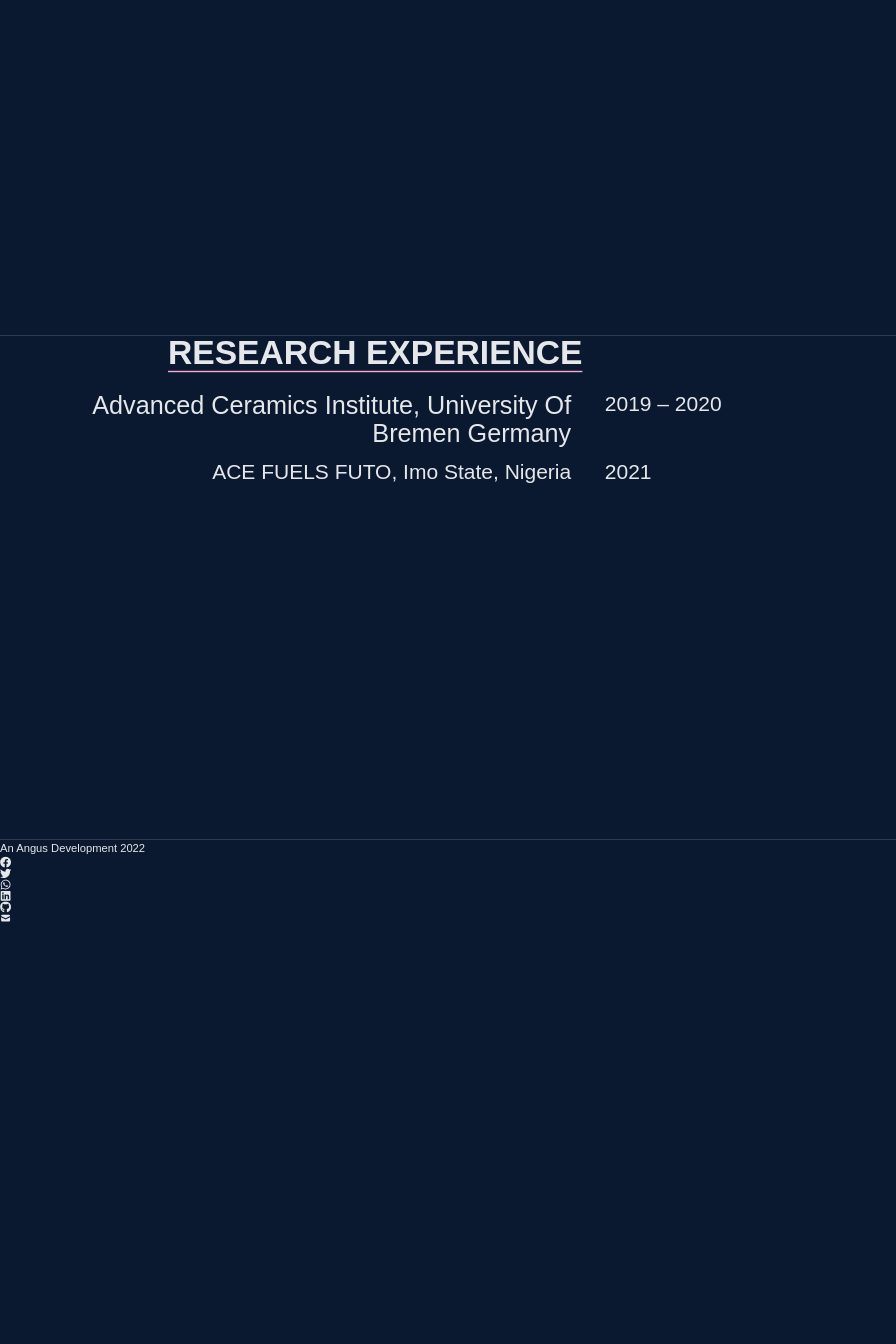
Repository: AngusOnyebuchi/AngusOnyebuchi.github.io
Page: /
The author's editor kept a copy of each file at every save. The page is drawn from the files as they stood at one save, then again after the next save.
The browser window is 1280 px wide. The pictures show the part of the page from y = 1054 to 2974 px (the page is 2974 px tall), at 70% of full size.
The project was rebuilt for these pictures with package versions that can differ from the ones it lists, and the page was loaded fresh each time.

Above is the page before, as saved 2022-04-17 20:40:04.

### public/index.html
<!DOCTYPE html>
<html lang="en">
  <head>
    <meta charset="utf-8" />
    <link rel="icon" href="%PUBLIC_URL%/favicon.ico" />
    <meta name="viewport" content="width=device-width, initial-scale=1" />
    <meta name="theme-color" content="#000000" />
    <meta
      name="description"
      content="Web site created using create-react-app"
    />
    <link rel="apple-touch-icon" href="%PUBLIC_URL%/logo192.png" />
    <!--
      manifest.json provides metadata used when your web app is installed on a
      user's mobile device or desktop. See https://developers.google.com/web/fundamentals/web-app-manifest/
    -->
    <link rel="manifest" href="%PUBLIC_URL%/manifest.json" />
    <!--
      Notice the use of %PUBLIC_URL% in the tags above.
      It will be replaced with the URL of the `public` folder during the build.
      Only files inside the `public` folder can be referenced from the HTML.

      Unlike "/favicon.ico" or "favicon.ico", "%PUBLIC_URL%/favicon.ico" will
      work correctly both with client-side routing and a non-root public URL.
      Learn how to configure a non-root public URL by running `npm run build`.
    -->
    <title>Angus CV </title>
  </head>
  <body>
    <noscript>You need to enable JavaScript to run this app.</noscript>
    <div id="root"></div>
    <!--
      This HTML file is a template.
      If you open it directly in the browser, you will see an empty page.

      You can add webfonts, meta tags, or analytics to this file.
      The build step will place the bundled scripts into the <body> tag.

      To begin the development, run `npm start` or `yarn start`.
      To create a production bundle, use `npm run build` or `yarn build`.
    -->
  </body>
</html>

### src/index.js
import React from "react";
import ReactDOM from "react-dom";
import "./style.css"
import App from "./App";

ReactDOM.render(<App/>, document.getElementById("root"))

### src/style.css
@tailwind base;
@tailwind components;
@tailwind utilities;

@layer base {
    body{
        @apply font-[Sans-serif];
    }
    li {
        @apply px-4;
        @apply cursor-pointer;
    }
}

### src/App.js
import React from "react";
import Home from "./components/Home"
import Education from "./components/Education";
import Experience from "./components/Experience";
import NavBar from "./components/NavBar";
import Contact from "./components/Contact";


export default function App() {
  return (
    <div>
      <NavBar/>
      <Home/>
      <Education/>
      <Experience/>
      <Contact/>
    </div>
  )
}

### src/components/Home.js
import React from "react";
import {FaWhatsapp, FaLocationArrow, FaSearchLocation} from "react-icons/fa"
import {HiOutlineMail} from "react-icons/hi"

export default function Home() {
    return (
        <div className="w-full h-screen p-4 bg-[#0a192f] text-gray-200">
            <h1 className="text-4xl md:text-6xl font-bold uppercase pt-24 text-center text-gray-50">Maduabuchi Angus Modum</h1>
            <h3 className="text-xl md:text-3xl font-bold uppercase pt-8 text-center">Chemist  |  Frontend Developer  |  Graphics Designer</h3>
            <p className="font-bold text-center justify-center text-lg md:text-xl max-w-[1200px] mx-12 mt-4">I strive to be the best, obtain hands-on-deck skills,
                to work tirelessly towards the growth, development and success of the organization and to make sure my impact
                as a professional is felt positively in the day to day activities of the organization.</p>

        </div>
    )
}

### src/components/Education.js
import React from "react";

export default function Education() {
    return(
        <div className="bg-[#0a192f] w-full h-screen text-gray-200">
            <h1 className="text-3xl md:text-5xl font-bold uppercase pt-24 text-center text-gray-200 inline border-b-2 border-pink-300 ml-24 sm:ml-64">Education</h1>
            <div className="grid grid-cols-3 gap-12 mx-16 pt-8 ">
                <h3 className="capitalize text-xl md:text-4xl text-right col-span-2">Federal university of technology owerri, Imo state</h3>
                <h4 className="text-lg md:text-3xl ">2015 – 2021</h4>
            </div>
            <div className="grid grid-cols-3 gap-12 mx-16 pt-4">
                <h3 className="capitalize text-xl md:text-4xl text-right col-span-2">Bachelor of Science (BSc.) in Chemistry</h3>
                <h4 className="text-lg md:text-3xl ">First Class (Honours)</h4>
            </div>
        </div>
    )
}

### src/components/Experience.js
import React from "react";

export default function Experience() {
    return(
        <div className="bg-[#0a192f] w-full h-screen text-gray-200">
            <h1 className="text-3xl md:text-5xl font-bold uppercase pt-24 text-center text-gray-200 inline border-b-2 border-pink-300 ml-12 sm:ml-60">research experience</h1>
            <div className="grid grid-cols-3 gap-12 mx-16 pt-8 ">
                <h3 className="capitalize text-xl md:text-4xl text-right col-span-2">Advanced Ceramics Institute, University of Bremen Germany</h3>
                <h4 className="text-lg md:text-3xl ">2019 – 2020</h4>
            </div>
            <div className="grid grid-cols-3 gap-12 mx-16 pt-4">
                <h3 className="capitalize text-xl md:text-3xl text-right col-span-2">ACE FUELS FUTO, Imo state, Nigeria</h3>
                <h4 className="text-lg md:text-3xl ">2021</h4>
            </div>
        </div>
    )
}

### src/components/NavBar.js
import React, {useState} from "react";
import {FaTimes, FaBars} from "react-icons/fa"

export default function NavBar() {

    const [nav, setNav] = useState(true)
    const toggle = () => setNav(!nav)

    return(
        <div className="bg-[#0a192f] text-white w-full p-8 flex justify-between items-center border-b-2 border-pink-300">
            <h1 className="uppercase text-lg">Angus CV</h1>

            <ul className=" hidden sm:flex justify-between">
                <li className="hover:border-b-2 border-pink-300 ">Home</li>
                <li className="hover:border-b-2 border-pink-300 ">Education</li>
                <li className="hover:border-b-2 border-pink-300 ">Experience</li>
                <li className="hover:border-b-2 border-pink-300 ">Footer</li>
            </ul>

            {/** Mobile list */}
            <div onClick={toggle} className="sm:hidden z-10">
                {nav ? <FaBars/> : <FaTimes/>}
            </div>
            <ul className={nav ? 'hidden' : 'absolute top-0 left-0 w-full h-screen bg-inherit flex flex-col justify-center items-center my-8 sm:hidden'}>
                    <li>Home</li>
                    <li>Education</li>
                    <li>Experience</li>
                    <li>Footer</li>
            </ul>
        </div>
    )
}

### src/components/Contact.js
import React from "react";
import {FaWhatsapp, FaLinkedin, FaTwitter, FaFacebook, FaGithub} from "react-icons/fa"
import {HiMail} from "react-icons/hi"

export default function Contact() {
    return(
        <div className="bg-[#0a192f] w-full h-screen text-gray-200">
            <p>An Angus Development 2022</p>

            <div>
                <FaFacebook/>
                <FaTwitter/>
                <FaWhatsapp/>
                <FaLinkedin/>
                <FaGithub/>
                <HiMail/>
            </div>
        </div>
    )
}

Loaded but not shown: tailwind.config.js (common file)

After the next save:
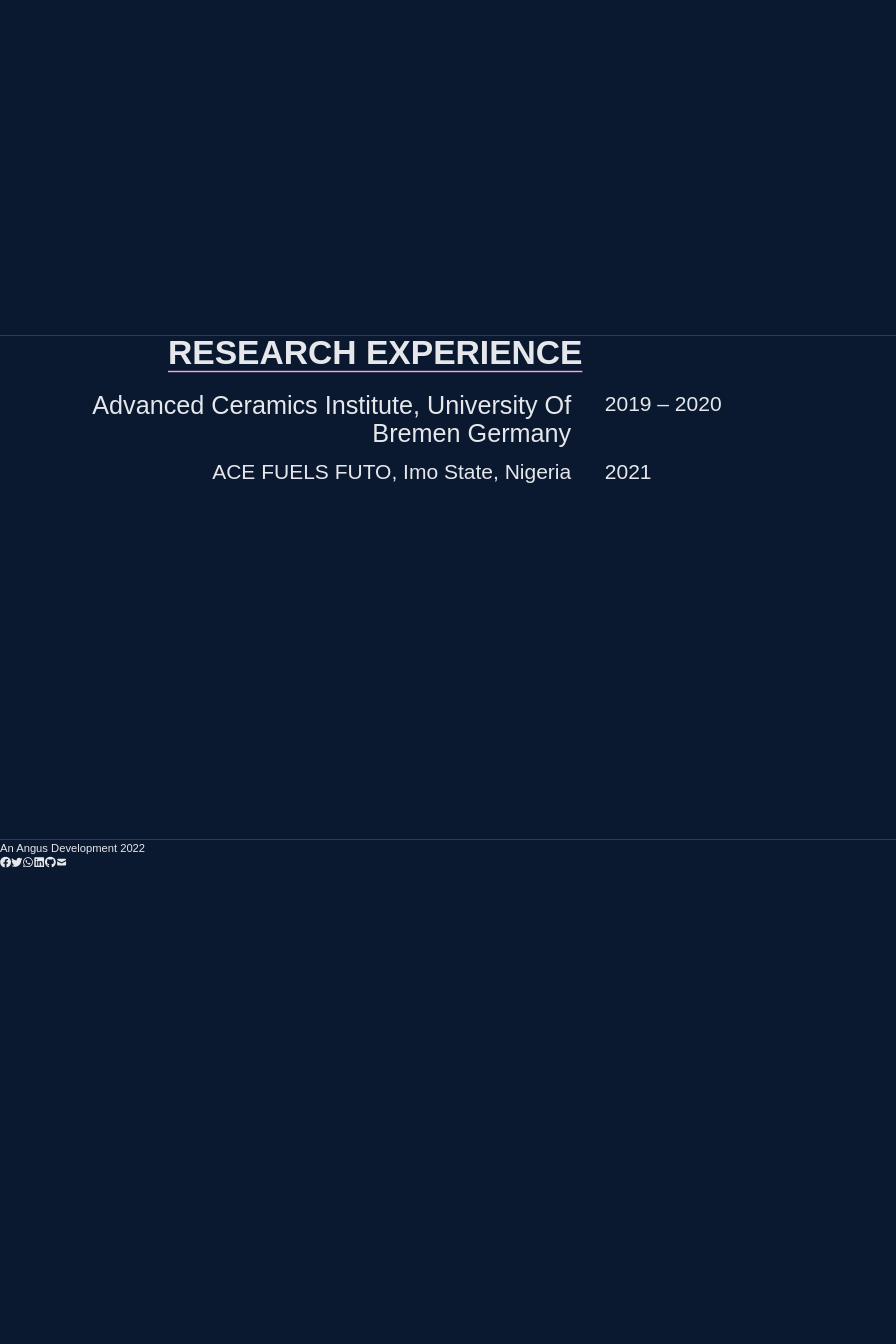
Saved 13 s later.
--- a/src/components/Contact.js
+++ b/src/components/Contact.js
@@ -7,7 +7,7 @@ export default function Contact() {
         <div className="bg-[#0a192f] w-full h-screen text-gray-200">
             <p>An Angus Development 2022</p>
 
-            <div>
+            <div className="flex">
                 <FaFacebook/>
                 <FaTwitter/>
                 <FaWhatsapp/>
